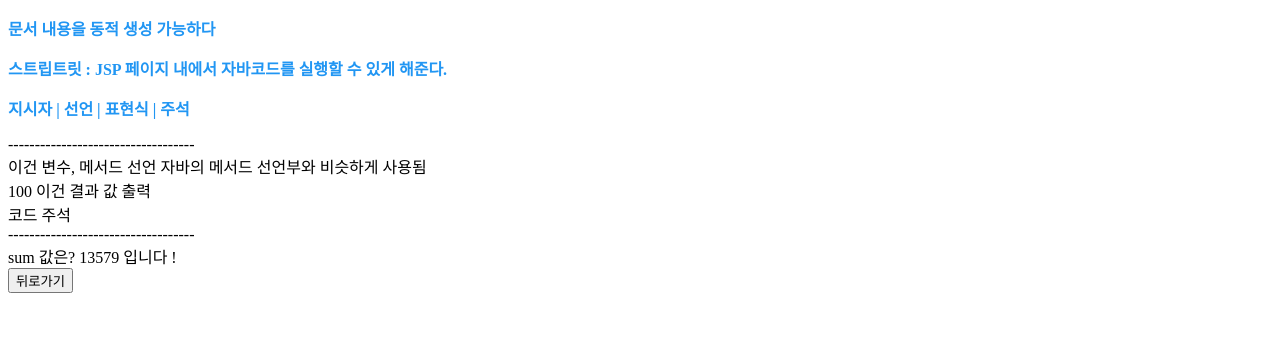
Repository: hyejux/JSP_STUDY
Page: http://localhost/JSPPractice2/JSP_ex1.jsp
An editor plug-in stored every save of this project. The page is shown before and after the next save, followed by the edit.
The browser window is 1280 px wide. The pictures show the whole page.
The page is served by Tomcat 9.

Above is the page before, as saved 2025-01-07 14:49:14.

After the next save:
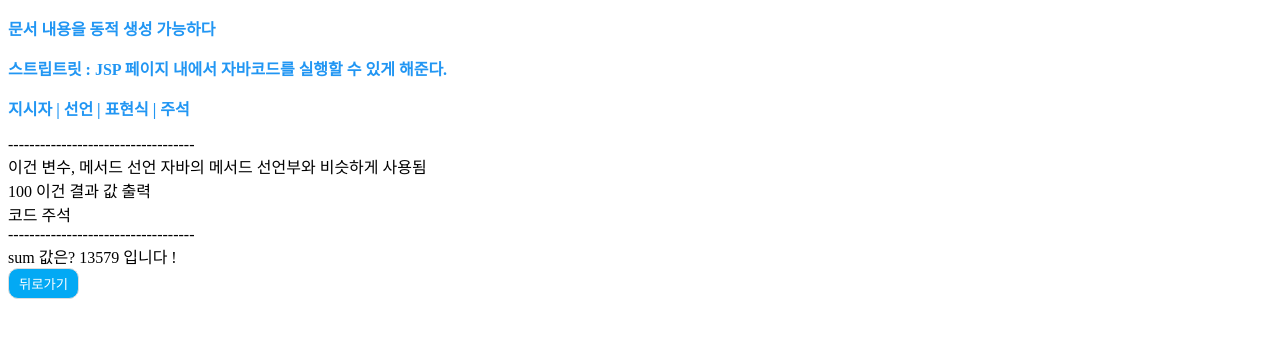
Saved 71 s later.
--- a/JSPPractice2/src/main/webapp/css/style.css
+++ b/JSPPractice2/src/main/webapp/css/style.css
@@ -2,3 +2,11 @@
 	color : #2196f3;
 	font-weight: bold;
 }
+
+button {
+	border: 1px solid #ddd;
+    color: #ffffff;
+    border-radius: 10px;
+    padding: 5px 10px;
+    background: #03A9F4;
+}
